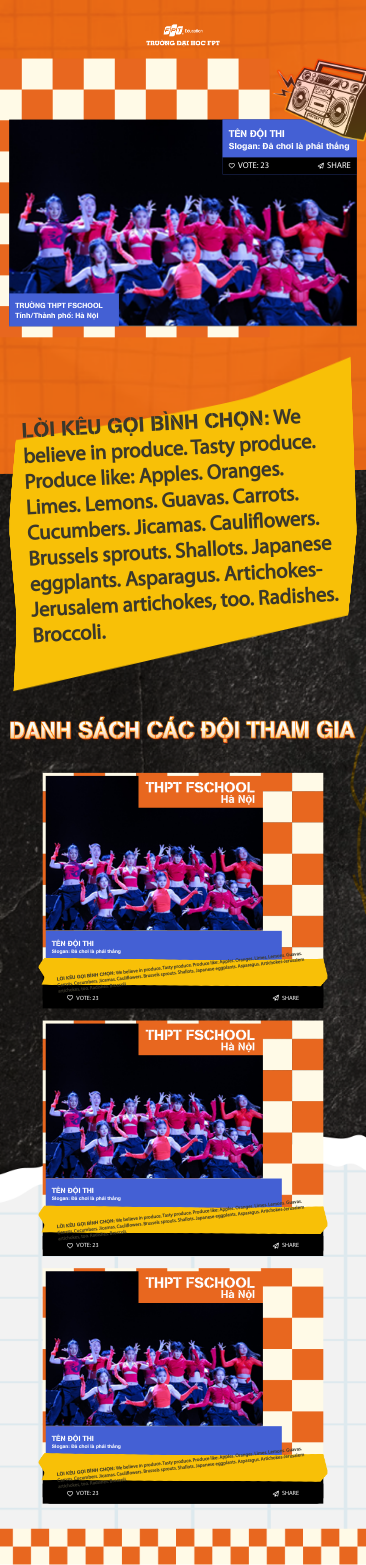
Repository: dinhtri123/hola_fpt
Page: detail.html
These files come from the project's save history. The page is drawn as it stood at one moment and after the next save; the edit follows.
The browser window is 600 px wide. The pictures show the whole page, at 61% of full size.

Above is the page before, as saved 2025-01-04 23:16:50.

### detail.html
<!DOCTYPE html>
<html lang="en">

<head>
  <meta charset="UTF-8">
  <meta name="viewport" content="width=device-width, initial-scale=1.0">
  <title>Detail</title>
  <link rel="stylesheet" href="styles.css">
  <link rel="stylesheet" href="https://cdnjs.cloudflare.com/ajax/libs/font-awesome/6.7.2/css/all.min.css"
    integrity="sha512-Evv84Mr4kqVGRNSgIGL/F/aIDqQb7xQ2vcrdIwxfjThSH8CSR7PBEakCr51Ck+w+/U6swU2Im1vVX0SVk9ABhg=="
    crossorigin="anonymous" referrerpolicy="no-referrer" />
</head>

<body>
  <section class="detail">
    <img src="./images/detail-bg.png" class="detail-bg" alt="">
    <div class="container">
      <a href="#" class="detail-logo">
        <img src="./images/logo.png" alt="">
      </a>
      <div class="detail-top">
        <div class="detail-top-left">
          <img src="./images/detail-img1.png" class="detail-top-left-bg" alt="">
          <img src="./images/detail-img.png" class="detail-top-left-img" alt="">
          <span>
            <h3>TRƯỜNG THPT FSCHOOL</h3>
            <P>Tỉnh/Thành phố: Hà Nội</P>
          </span>
        </div>
        <div class="detail-top-right">
          <img src="./images/detail-img2.png" alt="">
          <div class="detail-top-right-content">
            <h3>Tên Đội Thi</h3>
            <p>Slogan: Đã chơi là phải thắng</p>
          </div>
          <div class="news-item-action">
            <div class="vote">
              <i class="fa-regular fa-heart"></i>
              <span>VOTE: 23</span>
            </div>
            <div class="share">
              <i class="fa-regular fa-paper-plane"></i>
              SHARE
            </div>
          </div>
        </div>
      </div>
      <div class="news-item-desc">
        <p><b>Lời kêu gọi bình chọn:</b> We believe in produce. Tasty produce. Produce like: Apples. Oranges.
          Limes. Lemons. Guavas. Carrots. Cucumbers. Jicamas. Cauliflowers. Brussels sprouts. Shallots. Japanese
          eggplants. Asparagus.
          Artichokes-Jerusalem artichokes, too. Radishes. Broccoli.</p>
      </div>
      <div class="detail-list">
        <h2>
          <img src="./images/detail-title.png" alt="">
        </h2>
        <div class="detail-list-content">
          <div class="news-item">
            <div class="news-item-top">
              <img src="./images/news-bg.png" class="news-item-bg" alt="">
              <div class="news-item-img">
                <img src="./images/news-img.png" alt="">
                <div class="news-top-content">
                  <h3>Tên đội thi</h3>
                  <p>Slogan: Đã chơi là phải thắng</p>
                </div>
              </div>
            </div>
            <div class="news-item-bottom">
              <div class="news-item-desc">
                <p><b>Lời kêu gọi bình chọn:</b> We believe in produce. Tasty produce. Produce like: Apples. Oranges.
                  Limes. Lemons. Guavas. Carrots. Cucumbers. Jicamas. Cauliflowers. Brussels sprouts. Shallots. Japanese
                  eggplants. Asparagus.
                  Artichokes-Jerusalem artichokes, too. Radishes. Broccoli.</p>
              </div>
              <div class="news-item-action">
                <div class="vote">
                  <i class="fa-regular fa-heart"></i>
                  <span>VOTE: 23</span>
                </div>
                <div class="share">
                  <i class="fa-regular fa-paper-plane"></i>
                  SHARE
                </div>
              </div>
            </div>
          </div>
          <div class="news-item">
            <div class="news-item-top">
              <img src="./images/news-bg.png" class="news-item-bg" alt="">
              <div class="news-item-img">
                <img src="./images/news-img.png" alt="">
                <div class="news-top-content">
                  <h3>Tên đội thi</h3>
                  <p>Slogan: Đã chơi là phải thắng</p>
                </div>
              </div>
            </div>
            <div class="news-item-bottom">
              <div class="news-item-desc">
                <p><b>Lời kêu gọi bình chọn:</b> We believe in produce. Tasty produce. Produce like: Apples. Oranges.
                  Limes. Lemons. Guavas. Carrots. Cucumbers. Jicamas. Cauliflowers. Brussels sprouts. Shallots. Japanese
                  eggplants. Asparagus.
                  Artichokes-Jerusalem artichokes, too. Radishes. Broccoli.</p>
              </div>
              <div class="news-item-action">
                <div class="vote">
                  <i class="fa-regular fa-heart"></i>
                  <span>VOTE: 23</span>
                </div>
                <div class="share">
                  <i class="fa-regular fa-paper-plane"></i>
                  SHARE
                </div>
              </div>
            </div>
          </div>
          <div class="news-item">
            <div class="news-item-top">
              <img src="./images/news-bg.png" class="news-item-bg" alt="">
              <div class="news-item-img">
                <img src="./images/news-img.png" alt="">
                <div class="news-top-content">
                  <h3>Tên đội thi</h3>
                  <p>Slogan: Đã chơi là phải thắng</p>
                </div>
              </div>
            </div>
            <div class="news-item-bottom">
              <div class="news-item-desc">
                <p><b>Lời kêu gọi bình chọn:</b> We believe in produce. Tasty produce. Produce like: Apples. Oranges.
                  Limes. Lemons. Guavas. Carrots. Cucumbers. Jicamas. Cauliflowers. Brussels sprouts. Shallots. Japanese
                  eggplants. Asparagus.
                  Artichokes-Jerusalem artichokes, too. Radishes. Broccoli.</p>
              </div>
              <div class="news-item-action">
                <div class="vote">
                  <i class="fa-regular fa-heart"></i>
                  <span>VOTE: 23</span>
                </div>
                <div class="share">
                  <i class="fa-regular fa-paper-plane"></i>
                  SHARE
                </div>
              </div>
            </div>
          </div>
        </div>
      </div>
    </div>
  </section>
</body>

</html>

### styles.css
@font-face {
  font-family: "Myriad Pro";
  src: url("./fonts/MYRIADPRO-REGULAR.ttf") format("truetype");
}
@font-face {
  font-family: "SFUAGBuchStencilBQMedium";
  src: url("./fonts/SFUAGBuchStencilBQMedium.ttf") format("truetype");
  font-weight: normal;
  font-style: normal;
}
:root {
  --font-primary: "SFUAGBuchStencilBQMedium", sans-serif;
  --font-secondary: "Myriad Pro", sans-serif;
  --cl-white: #fff;
}
* {
  box-sizing: border-box;
  padding: 0;
  margin: 0;
}
body {
  font-family: var(--font-primary);
  font-size: 16px;
  font-weight: 400;
}
.container {
  max-width: 1630px;
  padding-left: 15px;
  padding-right: 15px;
  margin: 0px auto;
}
.sm {
  display: none !important;
}
.md {
  display: flex !important;
}
img {
  max-width: 100%;
  height: auto;
  object-fit: cover;
}
.intro > div {
  position: relative;
}
.intro-top {
  z-index: 1;
}
.intro-bg {
  position: absolute;
  width: 100%;
  height: 100%;
  top: 0;
  left: 0;
  z-index: -1;
  object-position: bottom;
}
.intro-inner {
  padding-top: 50px;
  text-align: center;
  z-index: 1;
}
.intro-logo {
  max-width: 280px;
}
.intro-title {
  margin-top: 30px;
}
.intro-title-small {
  margin-top: -60px;
  z-index: -1;
  position: relative;
}
.intro-btn {
  background: linear-gradient(to right, #e24103, #e66715);
  border-radius: 50px;
  border: 2px solid var(--cl-white);
  font-size: 54px;
  padding: 10px 100px 15px;
  color: var(--cl-white);
  text-transform: uppercase;
  font-family: var(--font-primary);
  line-height: 1;
  width: max-content;
  min-height: 80px;
  transform: translateY(30px);
}
.intro-bottom {
  padding-top: 180px;
  margin-top: -80px;
  text-align: center;
  padding-bottom: 100px;
}
.intro-bottom-desc {
  position: relative;
  padding: 220px 120px;
}
.intro-bottom-desc img {
  position: absolute;
  top: 0;
  left: 0;
  width: 100%;
  height: 100%;
  z-index: -1;
  object-fit: contain;
}
.intro-bottom-desc p {
  padding: 100px 50px;
  background: rgba(0, 0, 0, 0.5);
  color: var(--cl-white);
  font-family: var(--font-secondary);
  font-size: 30px;
  line-height: 1.4;
}
.intro-bottom .intro-btn {
  margin-top: -50px;
  transform: translateY(-40px);
}
/* reward */
.reward {
  position: relative;
}
.reward-bg {
  position: absolute;
  top: 0;
  left: 0;
  width: 100%;
  height: 100%;
}
.reward-inner {
  padding: 100px 0px;
  position: relative;
}
.time {
  position: relative;
  padding: 100px 0px 40px;
}
.time-bg {
  position: absolute;
  top: 0;
  left: 0;
  width: 100%;
  height: 100%;
  z-index: -1;
  object-position: bottom;
}
.time h2 {
  text-align: center;
  margin-top: 80px;
  margin-bottom: 50px;
}
.time-search {
  max-width: 80%;
  width: 100%;
  position: relative;
  min-height: 70px;
  padding: 10px;
  display: flex;
  align-items: center;
  border: 2px solid #f15a24;
  border-radius: 50px;
  margin: 0px auto;
}
.time-search input {
  flex: 1;
  width: 100%;
  height: 100%;
  background: transparent;
  border: none;
  outline: none;
  min-height: inherit;
  padding: 5px 20px;
  font-family: var(--font-secondary);
  font-size: 30px;
  color: var(--cl-white);
}
.time-search input::placeholder {
  color: var(--cl-white);
}
.time-search span {
  display: flex;
  width: max-content;
  height: 100%;
  background: linear-gradient(to right, transparent, #5e321a);
  align-items: center;
  min-height: inherit;
  padding: 5px 30px;
  text-transform: uppercase;
  color: var(--cl-white);
  font-size: 30px;
  border-radius: 50px;
  cursor: pointer;
}
.footer {
  margin-top: 100px;
}
.footer-top {
  display: flex;
  justify-content: space-between;
  align-items: flex-end;
  border-bottom: 1px solid var(--cl-white);
  padding: 10px 0px;
}
.footer-top p {
  font-family: var(--font-secondary);
  font-size: 24px;
  color: var(--cl-white);
}
.footer-social {
  display: flex;
  gap: 10px;
  align-items: center;
}
.footer-social a {
  width: 60px;
  height: 60px;
  border-radius: 8px;
  background-color: #f37021;
  color: var(--cl-white);
  display: flex;
  align-items: center;
  justify-content: center;
  text-decoration: none;
}
.footer-social a i {
  font-size: 24px;
}
.footer-main {
  margin-top: 50px;
  text-align: center;
  color: var(--cl-white);
  font-family: var(--font-secondary);
}
.footer-logo {
  margin-bottom: 20px;
  display: block;
}
.footer address {
  font-size: 28px;
  margin-bottom: 5px;
}
.footer-main a {
  display: block;
  text-align: center;
  color: var(--cl-white);
  text-decoration: none;
  font-size: 24px;
  margin: 0px auto 5px;
  width: fit-content;
}
.news-list {
  display: grid;
  grid-template-columns: repeat(3, 1fr);
  justify-content: space-between;
  margin-top: 100px;
  gap: 50px;
  padding-bottom: 50px;
}
.news-item {
  max-width: 460px;
}
.news-item-top {
  position: relative;
  padding: 52px;
}
.news-item-bg {
  position: absolute;
  z-index: -1;
  top: 0;
  left: 0;
  width: 100%;
}
.news-top-content {
  background-color: #4460d4;
  color: var(--cl-white);
  padding: 18px;
  width: 86%;
  transform: translateY(-4px);
}
.news-top-content h3 {
  font-size: 32px;
  text-transform: uppercase;
  font-weight: 500;
}
.news-top-content p {
  font-size: 16px;
  font-weight: 500;
}
.news-item-bottom {
  background: #000;
  margin-top: -5px;
  color: var(--cl-white);
  border-bottom-left-radius: 12px;
  border-bottom-right-radius: 10px;
}
.news-item-desc {
  position: relative;
  transform: translateY(-25px);
}
.news-item-desc::before {
  content: "";
  position: absolute;
  top: 0;
  left: 0;
  background-image: url("./images/news-img2.png");
  background-repeat: no-repeat;
  width: 100%;
  height: 100%;
  background-size: 100% 100%;
  transform: scaleX(1.03) scaleY(1.5);
}
.news-item-desc p {
  max-width: 80%;
  margin: 0px auto;
  z-index: 1;
  font-size: 12px;
  position: relative;
  padding: 5px 0px;
  transform: rotate(-4deg);
  font-weight: 600;
  font-family: var(--font-secondary);
  color: #3b382b;
}
.news-item-desc p b {
  font-family: var(--font-primary);
  text-transform: uppercase;
  font-weight: 500;
}
.news-item-action {
  display: flex;
  justify-content: space-between;
  align-items: center;
  max-width: 80%;
  margin: 0px auto;
  padding: 10px 0px;
  font-size: 20px;
  font-family: var(--font-secondary);
}
.news-item-action > div {
  display: flex;
  gap: 5px;
  align-items: center;
  cursor: pointer;
}
.news-item-action > div i {
  font-size: 22px;
}

/* detail */
.detail {
  position: relative;
  font-family: var(--font-primary);
  overflow-x: hidden;
}
.detail-bg {
  position: absolute;
  top: 0;
  left: 0;
  width: 100%;
  height: 100%;
  z-index: -1;
  object-position: top;
}
.detail-logo {
  max-width: 200px;
  margin: 0px auto 40px;
  display: flex;
  padding-top: 40px;
}
.detail-top {
  display: flex;
  gap: 20px;
  margin-top: 120px;
  position: relative;
}
.detail-top-left {
  flex: 1;
}
.detail-top-right {
  max-width: 450px;
  position: absolute;
  right: 0;
  color: var(--cl-white);
  background-color: #4460d4;
  width: 100%;
  height: max-content;
}
.detail-top-right > img {
  position: absolute;
  top: -100px;
  right: -40px;
  width: 180px;
}
.detail-top-right-content {
  background-color: #4460d4;
  padding: 20px;
}
.detail-top-right h3 {
  font-size: 40px;
  text-transform: uppercase;
  font-weight: 500;
}
.detail-top-right p {
  font-size: 16px;
}
.detail .news-item-action {
  background-color: #000;
  max-width: 100%;
  padding: 10px 40px;
}
.detail-top-left {
  position: relative;
}
.detail-top-left-bg {
  position: absolute;
  top: -100px;
  left: -30px;
  z-index: -1;
}
.detail-top-left span {
  position: absolute;
  bottom: 0;
  left: 0;
  background-color: #4460d4;
  padding: 20px;
  max-width: 400px;
  width: 100%;
  color: var(--cl-white);
}
.detail-top-left span h3 {
  text-transform: uppercase;
  font-weight: 500;
  font-size: 24px;
}
.detail-top-left-img {
  height: 100%;
}
.detail > div > .news-item-desc p {
  font-size: 34px;
  padding: 80px 0px;
  transform: rotate(-3deg);
}
.detail > div > .news-item-desc {
  transform: translate(0);
  margin-top: 50px;
}
.detail > div > .news-item-desc::before {
  background-image: url("./images/detailimg2.png");
  transform: scale(1);
}
.detail-list h2 {
  text-align: center;
  margin: 40px 0px;
}
.detail-list-content {
  display: grid;
  grid-template-columns: repeat(3, 1fr);
  gap: 20px;
}
.detail-list {
  padding-bottom: 100px;
}
@media screen and (max-width: 1280px) {
  .news-list {
    grid-template-columns: repeat(2, 1fr);
  }
  .detail-list-content {
    display: flex;
    justify-content: center;
    flex-wrap: wrap;
  }
}
@media screen and (max-width: 1024px) {
  .intro-bottom-desc {
    padding: 100px 20px;
  }
  .intro-bottom-desc p {
    padding: 50px;
  }
  .news-top-content h3 {
    font-size: 20px;
  }
  .news-item-top {
    padding: 40px;
  }
  .news-list {
    gap: 40px;
  }
  .footer {
    margin: 0;
  }
}
@media screen and (max-width: 767px) {
  .sm {
    display: flex !important;
  }
  .md {
    display: none !important;
  }
  .intro-btn {
    padding: 10px 20px;
    min-height: auto;
    font-size: 16px;
  }
  .intro-bottom-desc p {
    padding: 20px;
    font-size: 16px;
  }
  .intro-logo {
    max-width: 120px;
    margin: 0px auto;
    display: flex;
  }
  .intro-inner .intro-bg {
    object-position: top;
    object-fit: fill;
  }
  .intro-inner {
    padding-top: 40px;
  }
  .intro-title-small {
    display: none;
  }
  .intro-inner .intro-btn {
    transform: translateY(20px);
  }
  .intro-title {
    max-width: 90%;
    margin: 30px auto 0px;
  }
  .intro-bottom {
    padding-top: 130px;
  }
  .intro-bottom > div > img:nth-child(3) {
    max-width: 80%;
  }
  .intro-bottom-desc {
    padding: 0px;
  }
  /* .intro-bottom-desc img {
    transform: scale(1.1);
  } */
  .intro-bottom .intro-btn {
    margin-top: 10px;
    transform: translateY(0px);
  }
  .time {
    padding: 40px 0px;
  }
  .time h2 {
    margin: 40px 0px 20px;
  }
  .time-search {
    max-width: 100%;
    min-height: 40px;
    padding: 5px;
  }
  .time-search input {
    font-size: 16px;
  }
  .time-search span {
    font-size: 14px;
    padding: 5px 10px;
    gap: 5px;
  }
  .time-search input {
    font-size: 16px;
    padding: 0px 10px;
  }
  .news-list {
    gap: 15px;
  }
  .news-item-top {
    padding: 5px;
  }
  .news-top-content {
    padding: 10px;
  }
  .news-top-content h3 {
    font-size: 12px;
  }
  .news-top-content p {
    font-size: 8px;
    font-weight: 500;
  }
  .news-item-desc p {
    font-size: 8px;
    max-width: 90%;
    transform: rotate(-8deg);
  }
  .news-item-desc::before {
    transform: scaleX(1.03) scaleY(1.4);
  }
  .news-item-action,
  .news-item-action > div i {
    font-size: 10px;
  }
  .news-item-bg {
    height: 100%;
  }
  .news-item-desc {
    transform: translateY(-6px) rotate(2deg);
  }
  .news-list {
    position: relative;
    padding-bottom: 80px;
    margin-top: 40px;
  }
  .news-list::before {
    content: "";
    position: absolute;
    top: 100px;
    left: -15px;
    background-image: url(./images/news-list-bg.png);
    background-repeat: no-repeat;
    background-size: cover;
    width: calc(100% + 30px);
    height: 95%;
    z-index: -1;
  }
  .footer {
    margin-top: 40px;
  }
  .footer-top p {
    font-size: 12px;
    max-width: 50%;
  }
  .footer-social a {
    width: 30px;
    height: 30px;
    border-radius: 4px;
  }
  .footer-social a i {
    font-size: 14px;
  }
  .footer-logo {
    max-width: 120px;
  }
  .footer-main h3 {
    max-width: 80%;
    margin: 0px auto;
  }
  .footer address {
    font-size: 14px;
  }
  .footer-main a {
    font-size: 14px;
  }
  .footer-main {
    margin-top: 20px;
  }
  .detail-logo {
    max-width: 120px;
  }
  .detail-top-right h3 {
    font-size: 16px;
  }
  .detail-top-right p {
    font-size: 14px;
  }
  .detail .detail-top-right .news-item-action {
    font-size: 14px;
    padding: 5px 10px;
  }
  .detail-top-right {
    max-width: 220px;
  }
  .detail-top-right-content {
    padding: 10px;
  }
  .detail-top-left span {
    max-width: 180px;
    padding: 10px;
  }
  .detail-top-left span h3 {
    font-size: 12px;
  }
  .detail-top-left span p {
    font-size: 12px;
  }
}

After the next save:
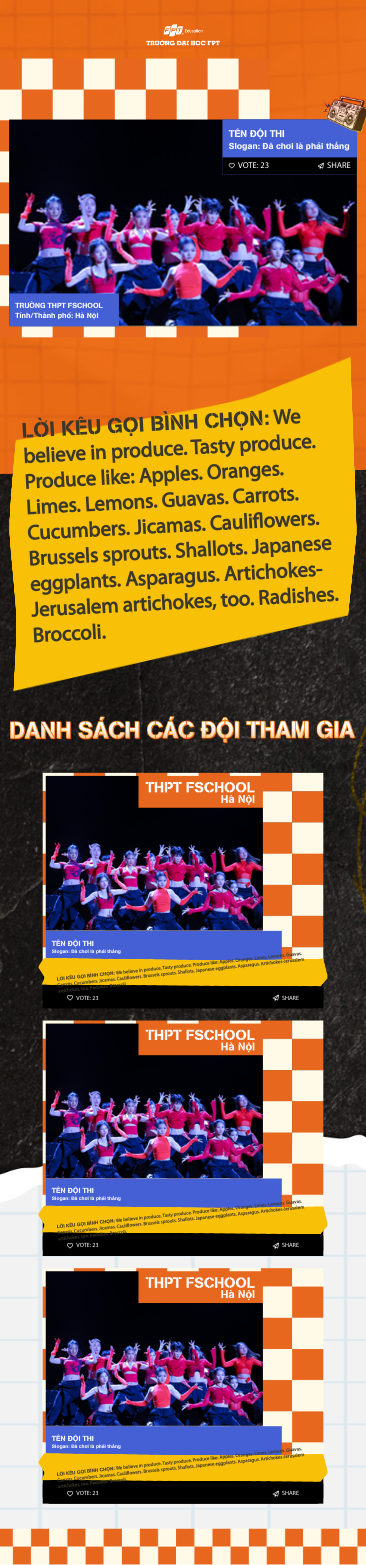
Saved 45 s later.
--- a/styles.css
+++ b/styles.css
@@ -678,4 +678,10 @@
   .detail-top-left span p {
     font-size: 12px;
   }
-}
+  .detail-top-right > img {
+    position: absolute;
+    top: -40px;
+    right: -20px;
+    width: 80px;
+  }
+}
